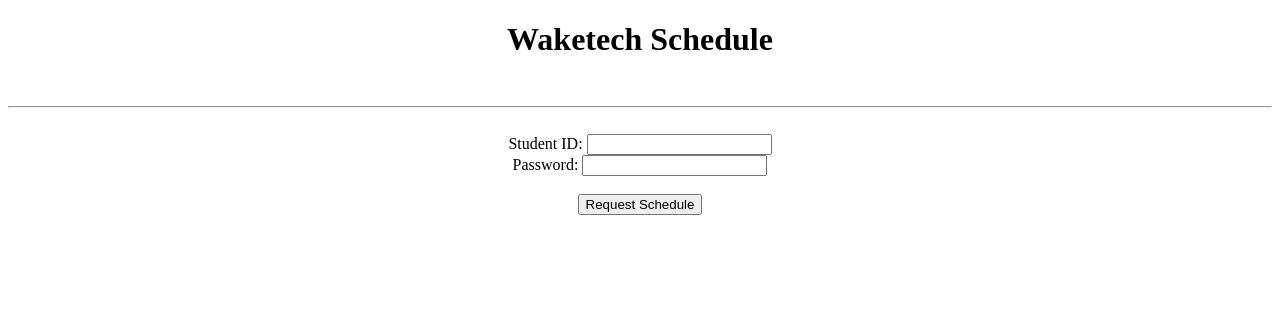
Repository: weshayutin/java258Online
Page: workspace/Week5Assignment2/WebContent/scheduleForm.html
The author's editor kept a copy of each file at every save. The page is drawn from the files as they stood at one save, then again after the next save.
The browser window is 1280 px wide. The pictures show the whole page.

Above is the page before, as saved 2011-02-16 02:44:48.

After the next save:
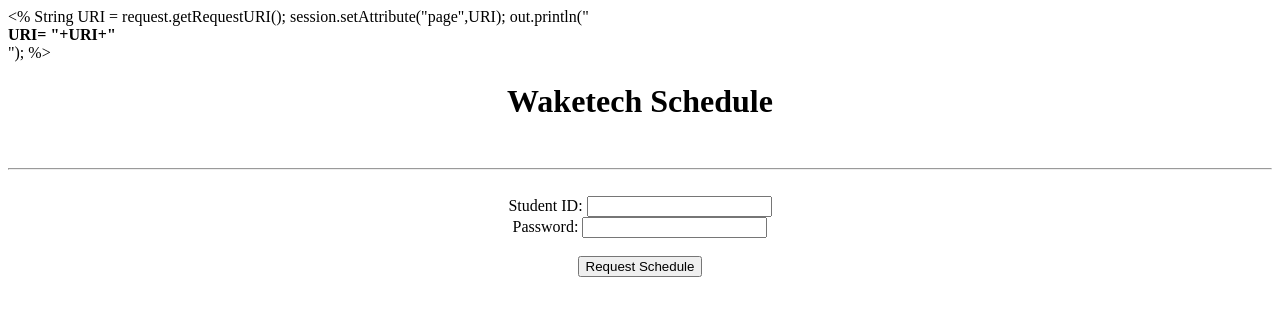
Saved 2 min 21 s later.
--- a/workspace/Week5Assignment2/WebContent/scheduleForm.html
+++ b/workspace/Week5Assignment2/WebContent/scheduleForm.html
@@ -5,6 +5,12 @@
 <title>Waketech Schedule</title>
 </head>
 <body>
+<%
+    String URI = request.getRequestURI();
+    session.setAttribute("page",URI);
+    out.println("<br><b> URI= "+URI+"</b><br>");
+%>
+
 <h1 align="center"> Waketech Schedule</h1>
 <br>
 <hr/>
